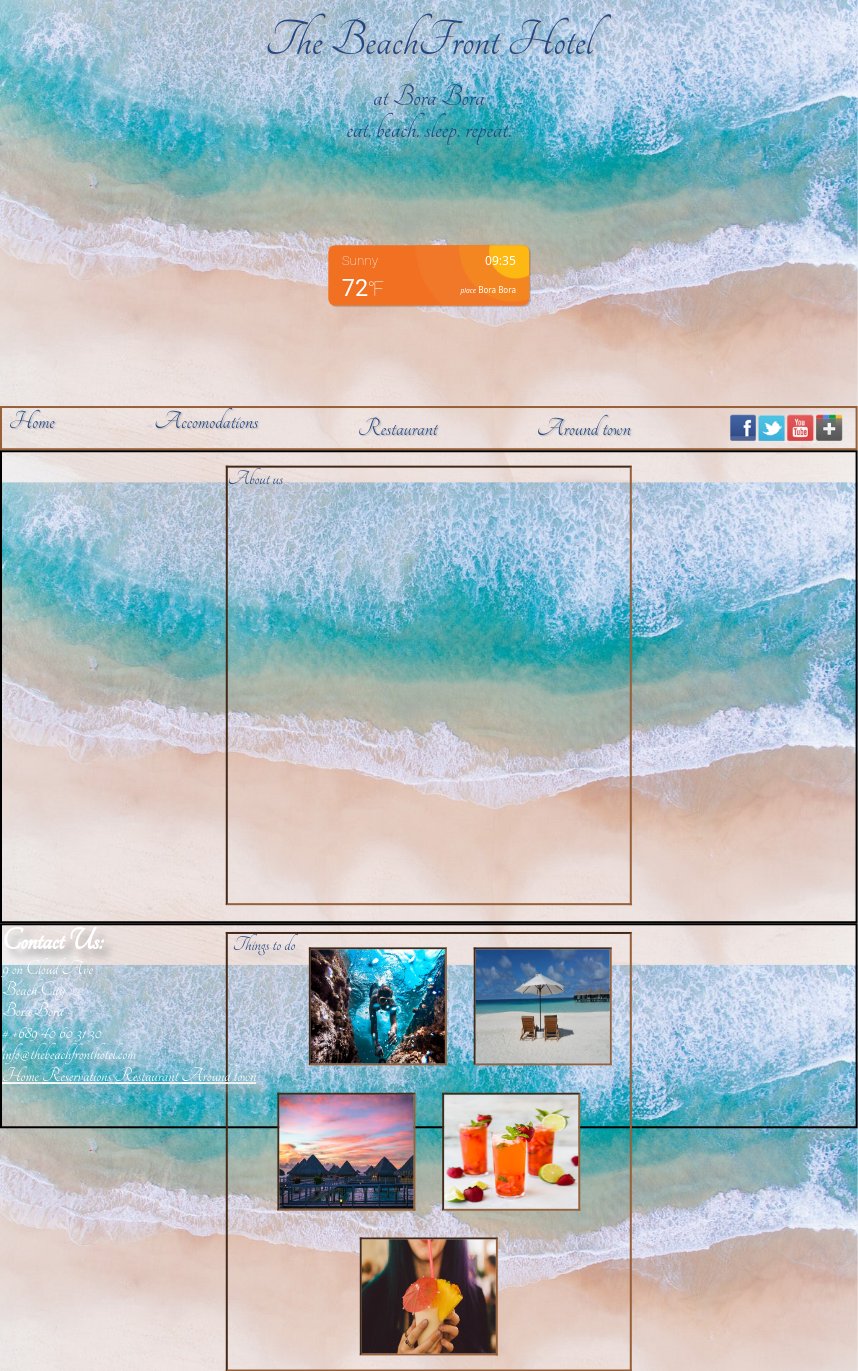
Repository: purlak/ProjectCode-CollabProject
Page: index.html
The author's editor kept a record of every edit. The page is drawn from the files as they stood at one moment, then again after the next edit.
The browser window is 1280 px wide. The pictures show the whole page, at 67% of full size.
Backgrounds fixed to the window are drawn as part of the page.

Above is the page before.

### index.html
<!DOCTYPE html>
    <html>
        <head>
            <title> Welcome to The BeachFront Hotel!</title>
            <link rel="stylesheet" type = "text/css" href = "css/style.css">

            <link rel="stylesheet" href="https://fonts.googleapis.com/css?family=Tangerine">
            <link href="https://fonts.googleapis.com/css?family=Dancing+Script" rel="stylesheet">
        </head>


    <body class = "background">

        <div id="HeaderBox" >
            <div>
                <p class="TextId1"> The BeachFront Hotel</p>
                <p class="TextId2a"> at Bora Bora</p>
                <p class="TextId2b"> eat. beach. sleep. repeat.</p>
            </div>

            <div>
                <div class="container">
                    <div class="background">
                        <div class="Circle1"></div>
                        <div class="Circle2"></div>
                        <div class="Circle3"></div>
                        <div class="content">
                            <h1 class="Condition"><i class="material-icons sun"></i> Sunny</h1>
                            <h1 class="Temp">72<span id="F">&#8457;</span></h1>
                            <h1 class="Time">09:35</h1>
                            <h1 class="Location"><i class="material-icons locationIcon">place</i> Bora Bora</h1>
                         </div>
                    </div>
                </div>
        </div>

        <div class="SpaceBox">
            <div class="TBox2">
                <a href="index.html" class="TextId3">Home</a>

            </div>

            <div class="TBox2">
                <a href="rooms.html" class="TextId3">Accomodations</a>

            </div>

            <div class="TBox2">
                <p class ="TextId3"> Restaurant </p>
            </div>

            <div class="TBox2">
                <p class ="TextId3"> Around town </p>
            </div>

            <div class="subscribe">

                <a href="https://www.facebook.com/FourSeasonsResortBoraBora" target = "blank">
                    <img src="img/fb_icon.png">
                </a>

                <a href="https://twitter.com/FourSeasons" target = "blank">
                    <img src="img/twitter_icon.png">
                </a>

                <a href="https://www.youtube.com/user/fourseasons" target="blank">
                    <img src="img/youtube_icon.png">
                </a>
                <a href="https://plus.google.com/+FourSeasonsHotelsandResorts" target = "blank">
                    <img src="img/plus.png">
                </a>
            </div>
        </div>

        <div id="MiddleBox1">

            <div>

            <p class="MBox1 TextId4"> About us </p>

            </div>

            <div class="MBox2">

                <p class="TextId4"> Things to do </p>

                <div class="MBox3">
                    <a href="https://www.youtube.com/user/fourseasons" target="blank">
                        <img src="img/snorkeling.jpeg" title="Snorkel!" class="image_position">
                    </a>

                </div>

                <div class="MBox3">
                    <a href="https://www.youtube.com/user/fourseasons" target="blank">
                        <img src="img/beach_chairs.jpg" title="Lounge!" class="image_position">
                    </a>
                </div>

                <div class="MBox3">
                    <a href="https://www.youtube.com/user/fourseasons" target="blank">
                        <img src="img/bora_bora.jpeg" title="Snorkel!" class="image_position">
                    </a>
               </div>

               <div class="MBox3">
                    <a href="https://www.youtube.com/user/fourseasons" target="blank">
                        <img src="img/drink1.jpeg" title="Snorkel!" class="image_position">
                    </a>
               </div>

               <div class="MBox3">
                    <a href="https://www.youtube.com/user/fourseasons" target="blank">
                        <img src="img/pina_colada1.jpeg" title="Snorkel!" class="image_position">
                    </a>
               </div>

           </div>
        </div>

        <!--
        <div id="MiddleBox2">

            <div class="MBox2">

                <a href="https://www.youtube.com/user/fourseasons" target="blank">
                    <img src="img/beach_chairs.jpeg" title="Snorkel!" class="image_position">
                </a>

            </div>

            <div class="MBox2">
                <a href="https://www.youtube.com/user/fourseasons" target="blank">
                    <img src="img/starfish.jpeg" title="Snorkel!" class="image_position">
                </a>
            </div>
            </div>

        </div>

        -->

<!--Footer Section - to insert links to the various pages-->
    <div class="FooterBox">

        <div class="contact">

            <h2> Contact Us: </h2>

            <p>9 on Cloud Ave</p>
            <p>Beach City</p>
            <p>Bora Bora</p>
            <p># +689 40 60 31 30</p>
            <p>info@thebeachfronthotel.com</p>

        </div>


        <div>

            <a href="#">Home </a>
            <a href="#">Reservations </a>
            <a href="#">Restaurant </a>
            <a href="#">Around town </a>

        </div>

</body>

</html>

### css/style.css
/* Backround Wallpaper CSS */

.background {background-image:  url('../img/background_image.jpeg'); background-size: cover; background-repeat: repeat-x; background-position: top; background-attachment: fixed}

/* Page Layout Boxes */


    /* Top Section */

#HeaderBox {height: 300px;}

.TextId1 {color: #224884; font-family: 'Tangerine', serif; font-size: 80px; text-shadow: 4px 4px 4px #aaa; text-align: center; margin: 20px 20px 20px 20px;}

.TextId2a {color: #224884; font-family: 'Tangerine', sans-serif; font-size: 300%; text-shadow: 5px 5px 5px #aaa; text-align: center;}
.TextId2b {color: #224884; font-family: 'Tangerine', sans-serif; font-size: 300%; text-shadow: 5px 5px 5px #aaa; text-align: center;}

    /* Menu Bar */

.SpaceBox {display: flex; justify-content: space-between; border-style: solid; height: 60px; border-color: #976038;}


/*.TBox2 {flex-direction: row; margin: 10px 10px; border-style: inset; width: 250px;  height: 30px; border-color: #976038; font-family: 'Tangerine', serif; font-size: 200%; text-shadow: 5px 5px 5px #aaa; text-align:center;} */

.TextId3 {color: #224884; font-family: 'Tangerine', serif; font-size: 40px; text-shadow: 2px 2px 2px #aaa; margin: 10px 10px; text-decoration: none;}


.subscribe {margin: 10px 20px 10px 10px;}

    /* Middle Section - 1 */

#MiddleBox1 {display: flex; flex-wrap: wrap; justify-content: space-around; border-style: solid; height: 700px; border-color: #000000;}

.MBox1 {float: left; margin: 20px 20px 20px 20px; border-style: inset; width: 600px;  height: 650px; border-color: 	#976038;}

.MBox2 {display: flex; flex-wrap: wrap; flex-direction: row; justify-content: center; margin: 20px 20px 20px 20px; border-style: inset; width: 600px;  height: 650px; border-color: 	#976038;}

.MBox3 {margin: 20px 20px 20px 20px; border-style: inset; width: 200px;  height: 170px; border-color: 	#976038;}

.image_position {height: 170px; width: 200px;}

.TextId4 {color: #224884; font-family: 'Tangerine', sans-serif; font-size: 200%; text-shadow: 10px 10px 10px #aaa;}




    /* Middle Section - 2

#MiddleBox2 {display: flex; justify-content: center; border-style: solid; height: 275px; border-color: #000000;}

.MBox2 {flex-direction: row; margin: 20px 20px 20px 20px; border-style: inset; width: 220px;  height: 220px; border-color: 	#976038;}


    */

/* Bottom Section */

#BottomBox {display: flex; flex-direction: row; border-style: solid; height: 150px; border-color: #000000; background-color: #D3D3D3;}

.BoxinBottomBox {margin: 20px 20px 20px 20px;  border-style: solid; width: 220px;  height: 30px; border-color: #000000; background-color: #ffffff;}

.Box2 {flex-direction: column; margin: 20px 20px 20px 20px;  border-style: solid; width: 220px;  height: 30px; border-color: #000000; background-color: #ffffff;}

.FooterBox {display: flex; flex-direction: column;  justify-content: flex-start; color: #224884; font-family: 'Tangerine', sans-serif; font-size: 200%; text-shadow: 10px 10px 10px #aaa; border-style: solid; height: 300px; border-color: #000000;}

*{
    padding: 0;
    margin: 0;
    color: #FFF;
}

body{
    background-color: #ededed;
}

.container{
    overflow: hidden;
    z-index: 10;
    position: relative;
    margin: 150px auto;
    height: 90px;
    width: 300px;
    background-color: #F17022;
    border-radius: 10px;
    box-shadow: 2px 2px 1px rgba(0,0,0,0.2);
}


/*  BACKGROUND  */

.Circle1{
    z-index: 100;
    position: absolute;
    height: 80px;
    width: 80px;
    right: -20px;
    top: -30px;
    border-radius: 50%;
    background-color: rgba(253,184,19,1);
    animation: enlarge;
    animation-duration: 5s;
    animation-iteration-count: infinite;
}

.Circle2{
    z-index: 80;
    position: absolute;
    height: 150px;
    width: 150px;
    right: -50px;
    top: -70px;
    border-radius: 50%;
    background-color: rgba(246,140,31,0.7);

    animation: enlarge;
    animation-duration: 7s;
    animation-iteration-count: infinite;
}

.Circle3{
    z-index: 50;
    position: absolute;
    height: 200px;
    width: 200px;
    right: -50px;
    top: -100px;
    border-radius: 50%;
    background-color: rgba(241,125,45,0.7);

    animation: enlarge;
    animation-duration: 10s;
    animation-iteration-count: infinite;
}



/*  CONTENT  */

.sun{
    z-index: 1000;
    font-size: 15px !important;
}

.Condition{
    z-index: 1000;
    position: absolute;
    font-family: "Roboto", sans-serif;
    font-weight: 100;
    font-size: 20px;
    left: 20px;
    top: 10px;
}

.Temp{
    z-index: 1000;
    position: absolute;
    font-family: "Roboto", sans-serif;
    font-size: 35px;
    font-weight: 400;
    left: 20px;
    bottom: 5px;
}

#F{
    z-index: 1000;
    font-family: "Roboto",sans-serif;
    font-weight: 100;
    font-size: 30px;
}


.Time{
    z-index: 1000;
    position: absolute;
    font-family: "Noto Sans", sans-serif;
    font-size: 18px;
    font-weight: 200;
    right: 20px;
    top: 10px;
}

.locationIcon{
    z-index: 1000;
    font-size: 10px !important;
}

.Location{
    z-index: 1000;
    position: absolute;
    font-family: "Noto Sans", sans-serif;
    font-size: 12px;
    font-weight: 200;
    right: 20px;
    bottom: 15px;
}

@keyframes enlarge{
    50%{
        transform: scale(1.2);
    }
}

/* RoomsBelow */
.parentRooms {
    width: 1200px;
	height: 185px;
	display: flex;
	flex-wrap: wrap;
}

.headerBoxRooms {
    width: 1200px;
    height: 185px;
    background-image: url("../img/background_image.jpeg");
    display: flex;
    flex-direction: column;
    justify-content: center;
}

.headerRooms1 {
	color: #224884;
	font-family: 'Tangerine', serif;
	font-size: 80px;
	text-shadow: 4px 4px 4px #aaa;
	text-align: center;
	margin: 20px 20px 20px 20px;
}

.menuBoxRooms {
    display: flex;
	justify-content: space-around;
	border-style: solid;
    width: 1185px;
	height: 60px;
	border-color: #976038;
    padding: 3px 5px 6px 7px;
}

.menuItemsRooms {
    list-style-type: none;
    margin: 0;
    padding: 0;
}

.menuButtonRooms {
    display: inline;
    color: #224884;
	font-family: 'Tangerine', serif;
	font-size: 45px;
	text-shadow: 4px 4px 4px #aaa;
	text-align: center;
	padding: 30px 70px 6px 10px;
}

.roomChoices {
    background-color: rgba(201, 217, 241, 0.7);
    width: 1200px;
    height: 700px;
    display: flex;
    flex-wrap: wrap;
}

.villas {
    width: 250px;
    height: 300px;
}

.roomTitle {
    font-family: 'Tangerine', serif;
	font-size: 45px;
    color: #224884;
}

.villaDescript {
    font-family: 'Tangerine', serif;
	font-size: 45px;
    color: #224884;
}

/* RESTAURANT */

.NamesRectangle
{
    display: flex;
	justify-content: space-around;
	border-style: dotted;
    width: 1200px;
	height: 60px;
}

.restrnt
{
    display: flex;
    justify-content: space-around;
    border-style: dotted;
    width: 750px;
    height: 60px;
    display: inline;
    text-shadow: 4px 4px 4px #aaa;
	text-align: center;
}

#restname
{
    font-family: 'Tangerine', serif;
	font-size: 55px;
    color: #224884;
}

.bar
{
    display: flex;
    justify-content: space-around;
    text-align: center;
    align-items: flex-end;
    border-style: dotted;
    width: 450px;
    height: 60px;
    display: inline;
    text-shadow: 4px 4px 4px #aaa;
	text-align: center;
}

#barname
{
    font-family: 'Tangerine', serif;
	font-size: 55px;
    color: #224884;
}

.PicsRectangle
{
    display: flex;
    border-style: dashed;
    width: 1200px;
    height: 600px;
}

#Food
{
    border-style: double;
    width: 750px;
    height: 600px;
}

#Drink
{
    border-style: double;
    width: 450px;
    height: 600px;
}

.BottomRectangle
{
    display: flex;
    display: block;
    justify-content: space-around;
    align-items: center;
    border-style: solid;
    border-color: #976038;
    width: 1200px;
    height: 180px;
    font-family: 'Tangerine', sans-serif;
    font-size: 200%;
    color: #224884;
    text-shadow: 10px 10px 10px #aaa;
    background-color: #D3D3D3;
}

.MealChoices
{
    display: flex;
    justify-content: space-around;
    align-items: center;
    width: 1200px;
    height: 100px;
    background-color: #D3D3D3;
}

#BoxBfast
{
    display: flex;
    justify-content: space-around;
    align-items: center;
    width: 170px;
    height: 55px;
    border-style: solid;
    border-color: #976038;
    font-family: 'Tangerine', serif;

}

#BoxLunch
{
    display: flex;
    justify-content: space-around;
    align-items: center;
    width: 170px;
    height: 55px;
    border-style: solid;
    border-color: #976038;
}

#BoxDinner
{
    display: flex;
    justify-content: space-around;
    align-items: center;
    width: 170px;
    height: 55px;
    border-style: solid;
    border-color: #976038;
}

#BoxBar
{
    display: flex;
    justify-content: space-around;
    align-items: center;
    width: 170px;
    height: 55px;
    border-style: solid;
    border-color: #976038;
}

.ReserveRestaurant
{
    display: flex;
    display: block;
    justify-content: space-around;
    width: 1200px;
    height: 50px;
    display: inline;
	font-family: 'Tangerine', serif;
	font-size: 25px;
    color: #224884;
    background-color: #D3D3D3;
}

.ReserveOptions
{
    display: flex;
    justify-content: space-around;
    align-items: center;
    width: 1200px;
    height: 50px;
    background-color: #D3D3D3;
}

#reserve
{
    display: flex;
    justify-content: space-around;
    align-items: center;
    width: 400px;
    height: 50px;
    display: inline;
	font-family: 'Tangerine', serif;
	font-size: 25px;
    color: #224884;
    background-color: #D3D3D3;
}

#web
{
    display: flex;
    justify-content: space-around;
    align-items: center;
    width: 400px;
    height: 50px;
    display: inline;
	font-family: 'Tangerine', serif;
	font-size: 20px;
    color: #224884;
    background-color: #D3D3D3;
}

#phone
{
    display: flex;
    justify-content: space-around;
    align-items: center;
    width: 400px;
    height: 50px;
    display: inline;
	font-family: 'Tangerine', serif;
	font-size: 20px;
    color: #224884;
    background-color: #D3D3D3;
}

After the next edit:
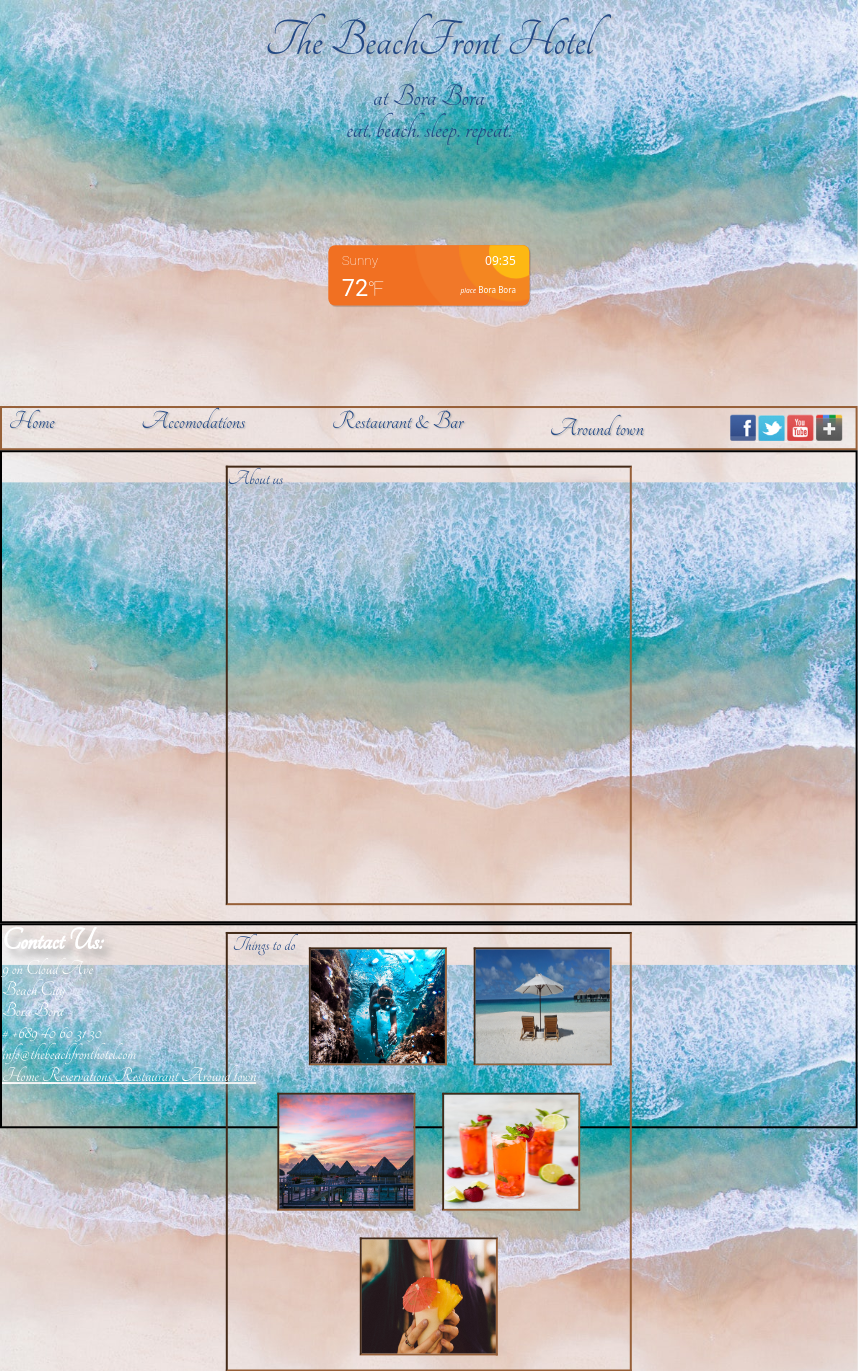
The edit:
--- a/index.html
+++ b/index.html
@@ -46,7 +46,8 @@
             </div>
 
             <div class="TBox2">
-                <p class ="TextId3"> Restaurant </p>
+                <a href="restaurant.html" class="TextId3">Restaurant & Bar</a>
+
             </div>
 
             <div class="TBox2">
